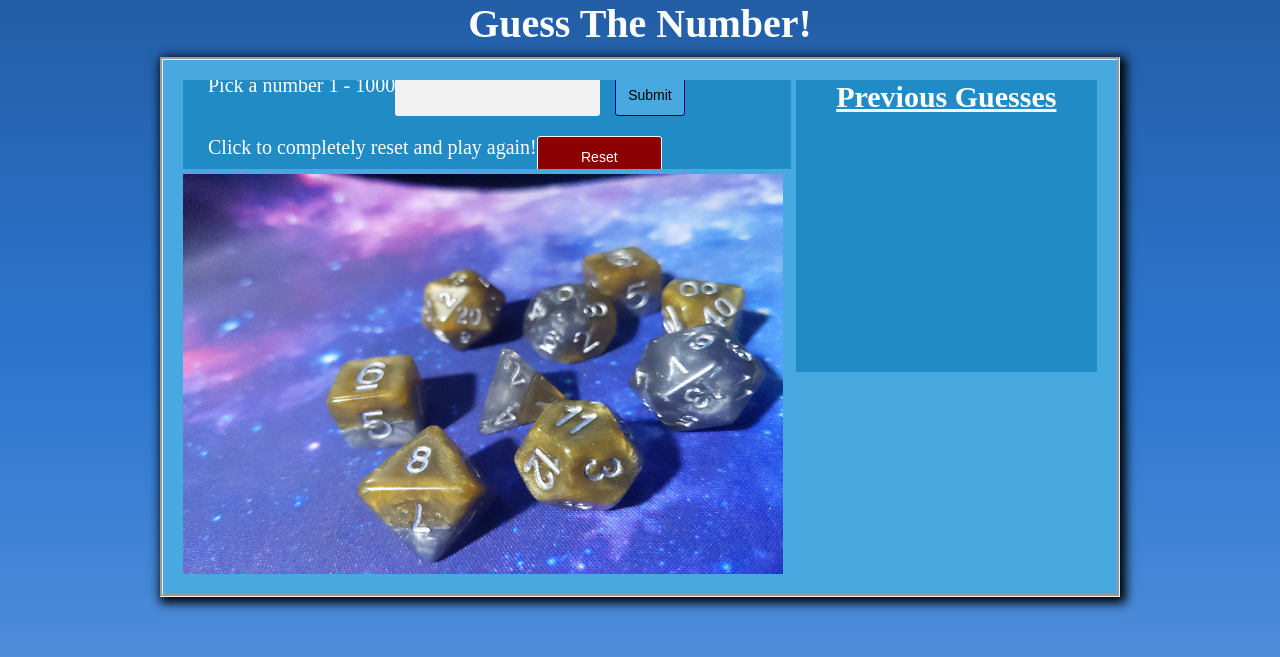
Repository: mlmEFSC21/P15-Modified-Guessing-Game
Page: guess.html
These files come from the project's save history. The page is drawn as it stood at one moment and after the next save; the edit follows.
The browser window is 1280 px wide. The pictures show the whole page.

Above is the page before, as saved 2022-03-23 18:30:31.

### guess.html
<!DOCTYPE html>
<html lang="en">
    <head>
        <meta charset="UTF-8" />
        <meta http-equiv="X-UA-Compatible" content="IE=edge" />
        <meta name="viewport" content="width=device-width, initial-scale=1.0" />
        <link rel="stylesheet" href="guess.css" />
        <script src="guess.js" defer></script>
        <title>Guessing Game</title>
    </head>
    <body>
        <header>
            <h1 class="pageTitle">Guess The Number!</h1>
        </header>
        <section>
            <div class="gameContainer" id="container">
                <div class="results" id="results">
                    <form action="" class="inputForm">
                        <label for="guessInput">Pick a number 1 - 1000</label>
                        <input
                            type="text"
                            required
                            name="guessInput"
                            class="guessInput"
                            id="guessInput"
                        />
                        <input type="button" class="submitBtn" id="submitBtn" value="Submit" />
                        <label for="resetBtn">Click to completely reset and play again!</label>
                        <button type="reset" class="resetBtn" id="resetBtn" name="Reset">
                            Reset
                        </button>
                    </form>
                </div>
                <img
                    src="images\goldSilverDice.png"
                    alt="Gold and silver colored dice. From 4 sides up to 20 sides"
                />
                <div class="guessesContainer" id="guessesContainer">
                    <h2>Previous Guesses</h2>
                    <ul class="guesses" id="guessList"></ul>
                </div>
            </div>
        </section>
    </body>
</html>

### guess.css
:root {
    --clr-primary: #218bc6;
    --clr-secondary: #48a9e0;
    --clr-tertiary: #235ea6;
}

*,
*::after,
*::before {
    box-sizing: border-box;
    margin: 0;
    padding: 0;
}
body {
    background-image: linear-gradient(var(--clr-tertiary), #2c76d0, #5491db);
    height: 100vh;
    background-position: center;
    background-repeat: no-repeat;
    background-size: cover;
    color: white;
    font-size: 20px;
}
.pageTitle {
    text-align: center;
}
.gameContainer {
    background-color: var(--clr-secondary);
    display: grid;
    max-width: 960px;
    height: 75vh;
    margin: 10px auto;
    padding: 20px;
    grid-template-columns: repeat(3, 1fr);
    grid-template-rows: repeat(4, 1fr);
    gap: 5px;
    align-items: center;
    justify-content: center;
    border: groove;
    box-shadow: 3px 3px 10px 3px black;
}
.results {
    background-color: var(--clr-primary);
    display: flex;
    flex-direction: column-reverse;
    margin: 10px auto;
    padding: 0 25px;
    grid-column: 1 / 3;
    grid-row: 1 / 3;
    height: 100%;
    justify-content: center;
    align-items: center;
    text-align: center;
    overflow: hidden;
}
input,
button {
    margin: 10px 0;
}
.inputForm {
    display: flex;
    flex-wrap: wrap;
}
label {
    margin-right: 15px;
    margin: 10px 0;
}
input {
    border: none;
    -webkit-appearance: none;
    -ms-appearance: none;
    -moz-appearance: none;
    appearance: none;
    background: #f2f2f2;
    padding: 12px;
    border-radius: 3px;
    outline: none;
    font-size: 14px;
}
img {
    width: 600px;
    height: 400px;
    grid-column: 1 / 3;
    grid-row: 3 / 5;
}
button {
    border: solid 1px white;
    margin-bottom: 10px;
    padding: 12px;
    border-radius: 3px;
    width: 125px;
    height: 40px;
    outline: none;
    font-size: 14px;
}
h2 {
    text-decoration: underline;
    text-decoration-color: #f3f3f3;
}
.submitBtn {
    background: var(--clr-secondary);
    border: solid 0.5px navy;
    margin-left: 15px;
}
.submitBtn:hover {
    background: #44b3db;
}
.resetBtn {
    background: darkred;
    color: white;
}
.resetBtn:hover {
    background: red;
}
.guessesContainer {
    background-color: var(--clr-primary);
    display: flex;
    flex-direction: column;
    flex-grow: 2;
    height: 100%;
    grid-row: 1 / 4;
    align-items: center;
    overflow: hidden;
}
/* the h3 that is appended by the js. It was hugging the container too much. */
h3 {
    margin: 10px;
    text-align: center;
}
.hint {
    font-style: italic;
    text-decoration: underline;
}

### guess.js
let randomNumber = Math.floor(Math.random() * 1000 + 1);
let guesses = [];

const guessInput = document.getElementById("guessInput");
const resultsDiv = document.getElementById("results");
const submitButton = document.getElementById("submitBtn");
const resetButton = document.getElementById("resetBtn");
const p = document.createElement("p");
const ul = document.getElementById("guessList");
const li = document.createElement("li");
const guessesContainer = document.getElementById("guessesContainer");
const winningMessage = document.createElement("h3");
const hint = document.createElement("h3");

//checks to see if the guess is higher, lower, or equal to
function checkGuess() {
    const currentGuess = Number(guessInput.value);
    if (currentGuess == randomNumber) {
        guesses.push(currentGuess);
        p.innerText = "Congratulations! You guessed the number!";
        resultsDiv.append(p);
        countGuesses();
    }
    if (currentGuess < randomNumber) {
        guesses.push(currentGuess);
        p.innerText = "Too low. Try again!";
        resultsDiv.append(p);
        trackGuesses();
    }
    if (currentGuess > randomNumber) {
        guesses.push(currentGuess);
        p.innerText = "Too high. Try again!";
        resultsDiv.append(p);
        trackGuesses();
    }
}
//tracks previous guess in a <ul>. Removes <li> and populates from guesses[] each time.
function trackGuesses() {
    while (ul.hasChildNodes()) {
        ul.removeChild(ul.firstChild);
    }
    for (i = 0; i <= guesses.length - 1; i++) {
        let li = document.createElement("li");
        li.innerText = guesses[i];
        ul.appendChild(li);
    }
}

//counts how many guesses. Uses array length.
function countGuesses() {
    let numOfGuesses = guesses.length;
    if (numOfGuesses < 10) {
        winningMessage.innerText = `${numOfGuesses} guesses?! Either you know the secret or you got lucky!`;
        guessesContainer.append(winningMessage);
    } else if (numOfGuesses == 10) {
        winningMessage.innerText = `${numOfGuesses} guesses. Ahah! You know the secret!`;
        guessesContainer.append(winningMessage);
    } else if (numOfGuesses > 10) {
        winningMessage.innerText = `Yikes! ${numOfGuesses} guesses... You should be able to do better!`;
        hint.innerHTML = '*Hint* Knowing the trick is <span class="hint">half</span> the battle.';
        guessesContainer.append(winningMessage);
        guessesContainer.append(hint);
    }
}
// creates a new random number for replay
function newRNG() {
    randomNumber = Math.floor(Math.random() * 10 + 1);
}
//resets the game completely.
function resetGame() {
    p.innerText = "";
    resultsDiv.append(p);
    while (ul.hasChildNodes()) {
        ul.removeChild(ul.firstChild);
    }
    winningMessage.remove();
    guesses = [];
    newRNG();
    //logging random number for debugging.
    console.log(randomNumber);
}

submitButton.addEventListener("click", checkGuess);
resetButton.addEventListener("click", resetGame);
//logging random number for debugging.
console.log(randomNumber);

After the next save:
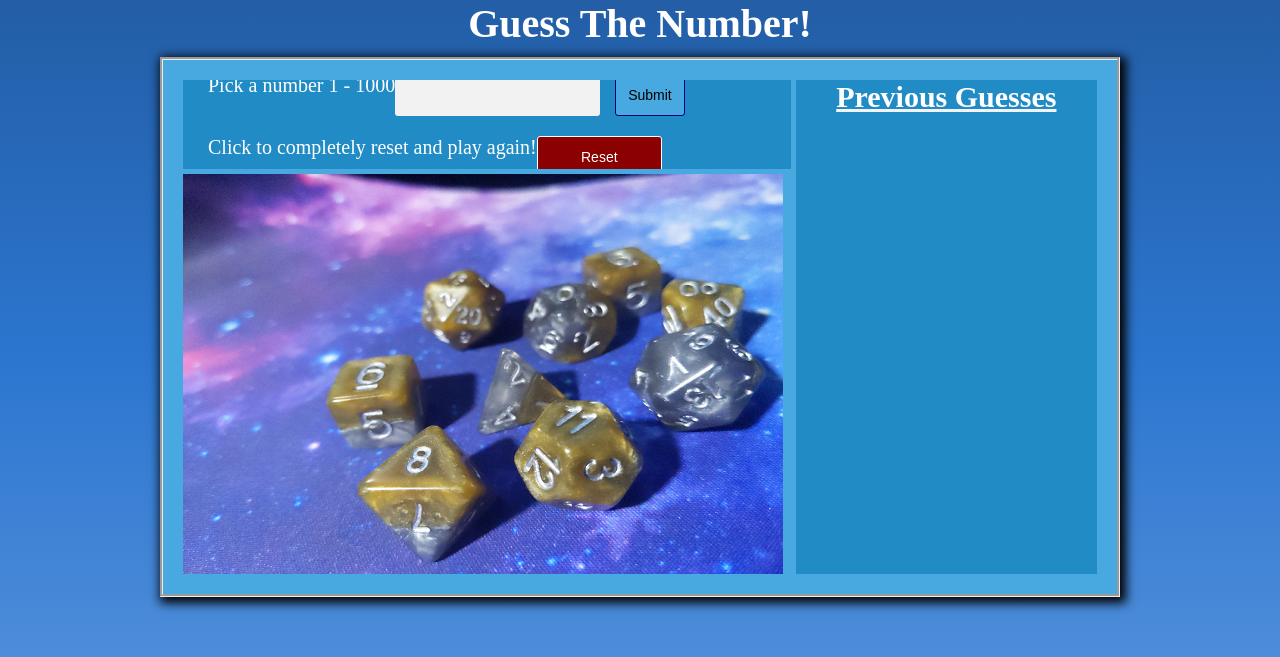
Saved 24 s later.
--- a/guess.css
+++ b/guess.css
@@ -117,7 +117,7 @@ h2 {
     flex-direction: column;
     flex-grow: 2;
     height: 100%;
-    grid-row: 1 / 4;
+    grid-row: 1 / 5;
     align-items: center;
     overflow: hidden;
 }
